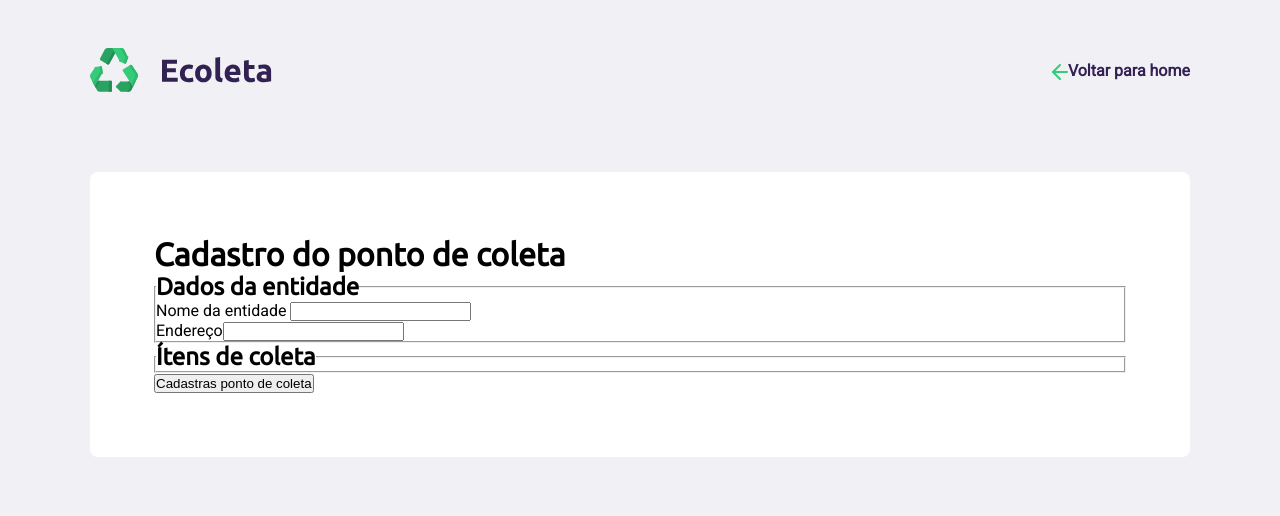
Repository: ivobass/NextLevelWeek
Page: create-point.html
An editor plug-in stored every save of this project. The page is shown before and after the next save, followed by the edit.
The browser window is 1280 px wide. The pictures show the whole page.

Above is the page before, as saved 2020-06-02 23:24:51.

After the next save:
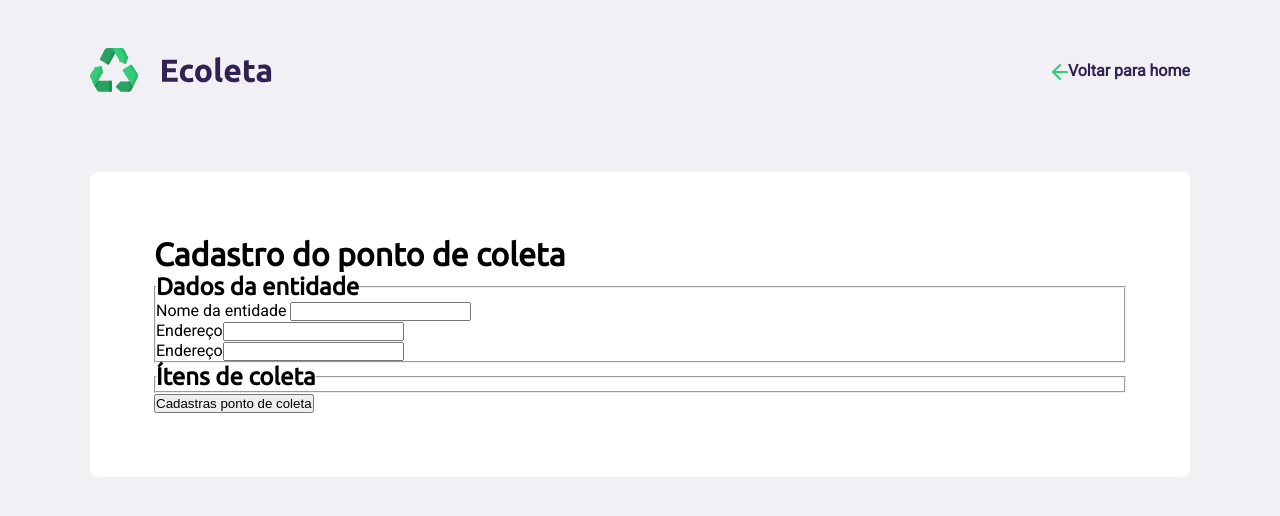
Saved 40 s later.
--- a/create-point.html
+++ b/create-point.html
@@ -44,7 +44,8 @@
 
                     </div>
                     <div class="field">
-
+                        <label for="address">Endereço</label
+                            ><input type="text" name="address">
                     </div>
 
                 </div>
